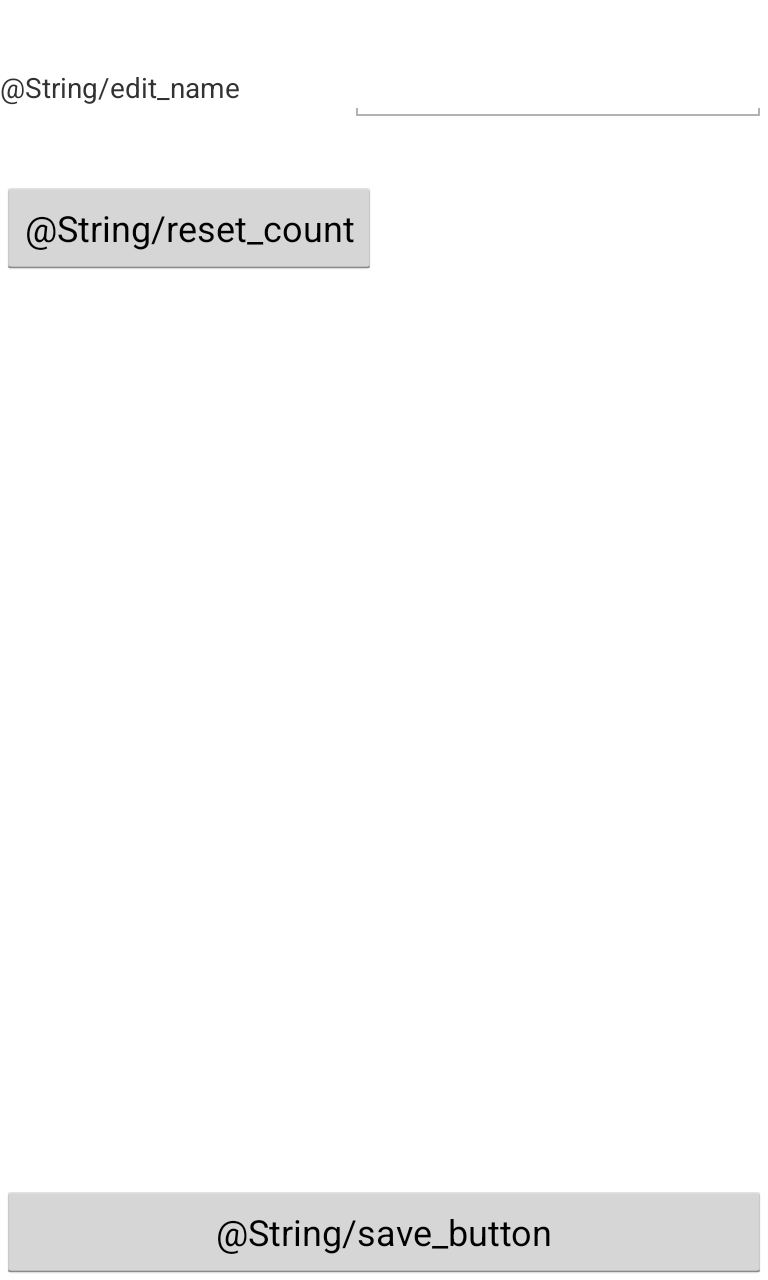
Repository: arweber1/CMPUT301_Assignment1
Layout: Assignment1/res/layout/edit_counter.xml
An editor plug-in stored every save of this project. The layout is shown before and after the next save, followed by the edit.
It is drawn on a 768 x 1280 px phone screen (xhdpi) without system bars, with theme AppTheme; the app's code is not run.

Above is the layout before, as saved 2014-01-24 18:44:53.

After the next save:
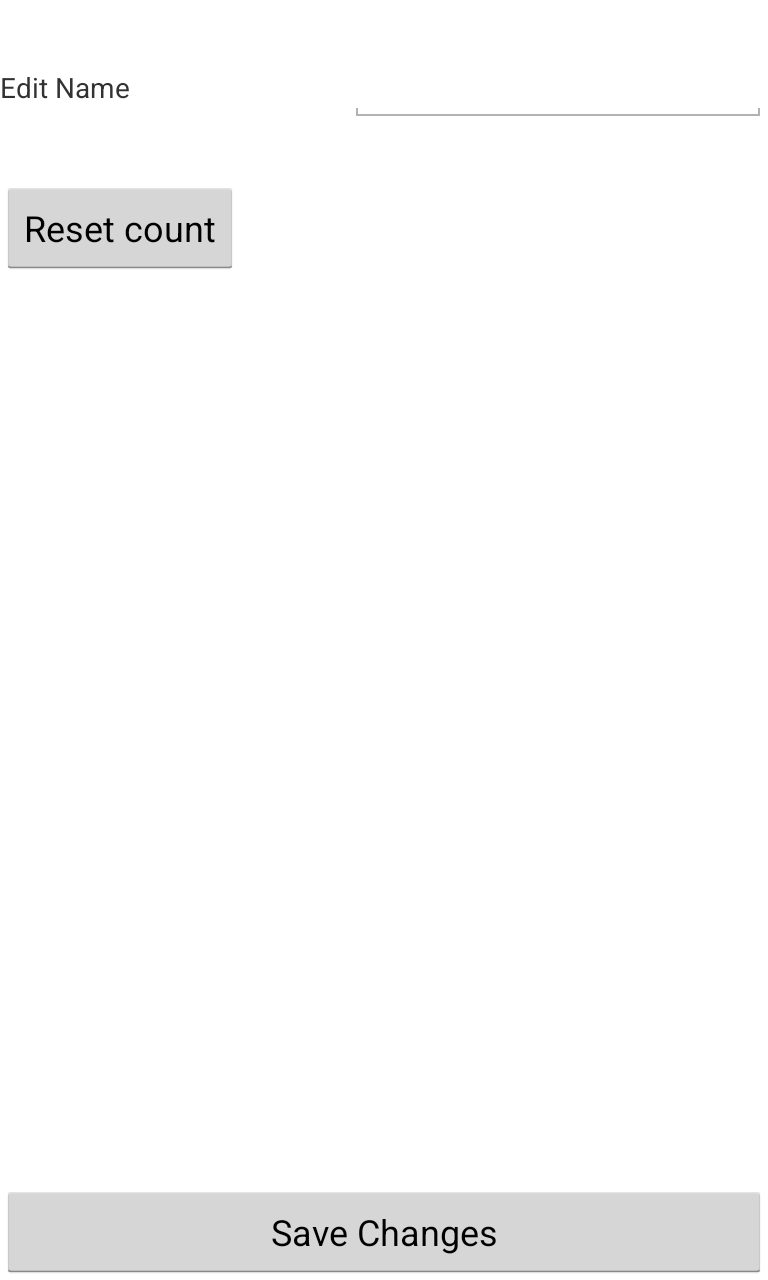
Saved 50 s later.
--- a/Assignment1/res/layout/edit_counter.xml
+++ b/Assignment1/res/layout/edit_counter.xml
@@ -10,7 +10,7 @@
         android:layout_alignParentLeft="true"
         android:layout_alignParentTop="true"
         android:layout_marginTop="34dp"
-        android:text="@String/edit_name" />
+        android:text="@string/edit_name" />
 
     <EditText
         android:id="@+id/editName"
@@ -29,7 +29,7 @@
         android:layout_alignParentLeft="true"
         android:layout_below="@+id/editName"
         android:layout_marginTop="28dp"
-        android:text="@String/reset_count" />
+        android:text="@string/reset_count" />
 
     <Button
         android:id="@+id/save_button"
@@ -38,6 +38,6 @@
         android:layout_alignParentBottom="true"
         android:layout_alignParentLeft="true"
         android:layout_alignParentRight="true"
-        android:text="@String/save_button" />
+        android:text="@string/save_button" />
 
 </RelativeLayout>
